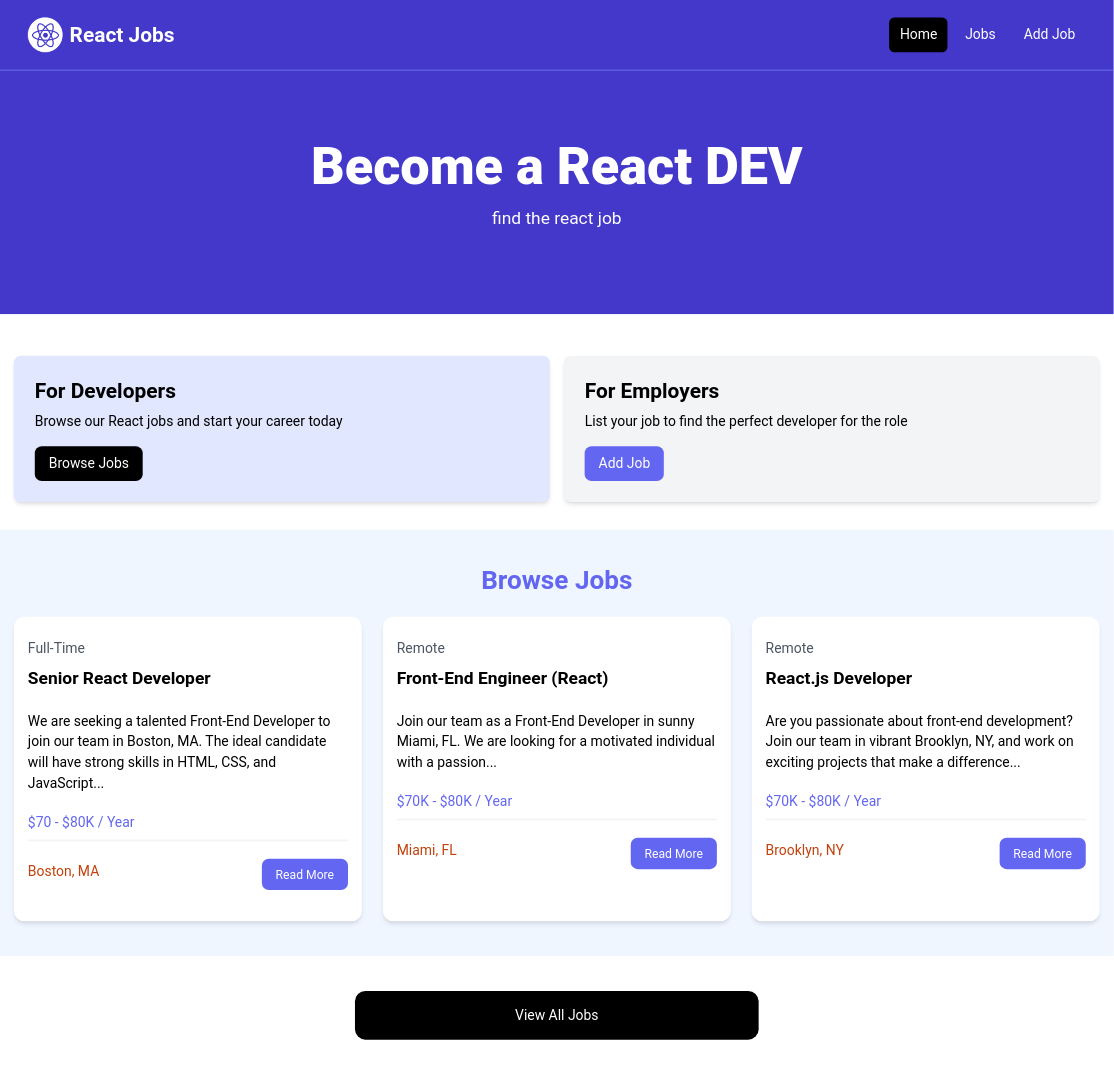
Repository: Geohot-2020/React_setup
Page: / (app in react-crash-2024/)
The author's editor kept a copy of each file at every save. The page is drawn from the files as they stood at one save, then again after a run of saves.
The browser window is 1280 px wide. The pictures show the whole page, at 87% of full size.
The project was rebuilt for these pictures with package versions that can differ from the ones it lists, and the page was loaded fresh each time. Also part of the build but not shown: react-crash-2024/vite.config.js.

Above is the page before, as saved 2024-11-13 16:08:17.

After the next 2 saves:
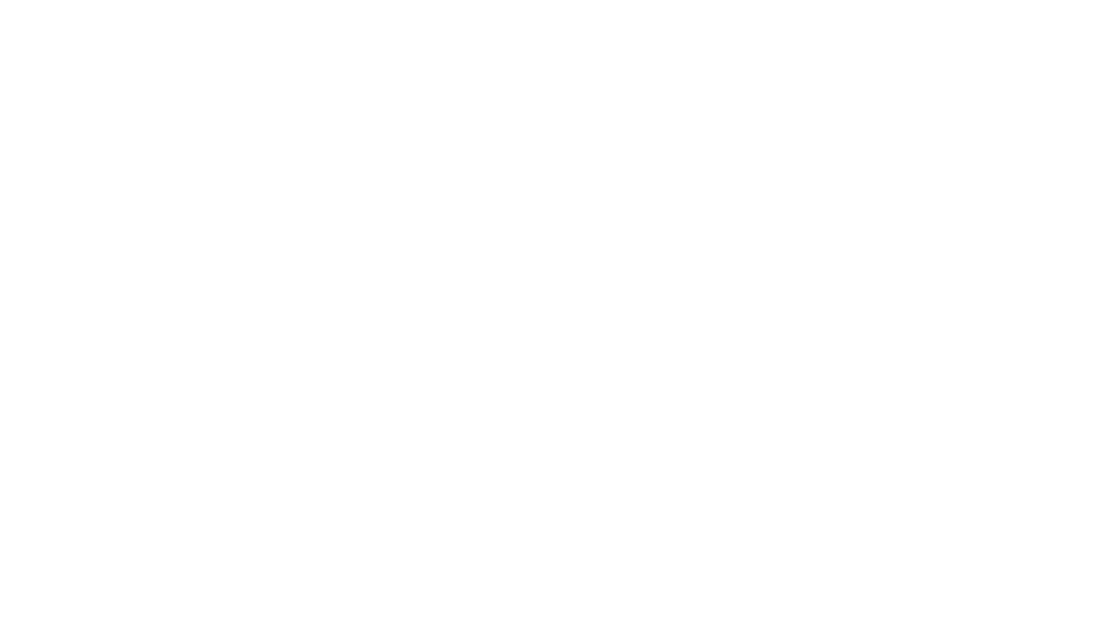
Console error: TypeError: undefined is not a function
The 2 saves are shown as one change because they came seconds apart.
The last was saved 6 s later.
--- a/react-crash-2024/src/components/JobListings.jsx
+++ b/react-crash-2024/src/components/JobListings.jsx
@@ -10,9 +10,7 @@
             Browse Jobs
           </h2>
           <div className="grid grid-cols-1 md:grid-cols-3 gap-6">
-            {
-
-            }
+            {jobs.map()}
             {/* <!-- Job Listing 1 --> */}
             <div className="bg-white rounded-xl shadow-md relative">
               <div className="p-4">

After the 2 saves that followed:
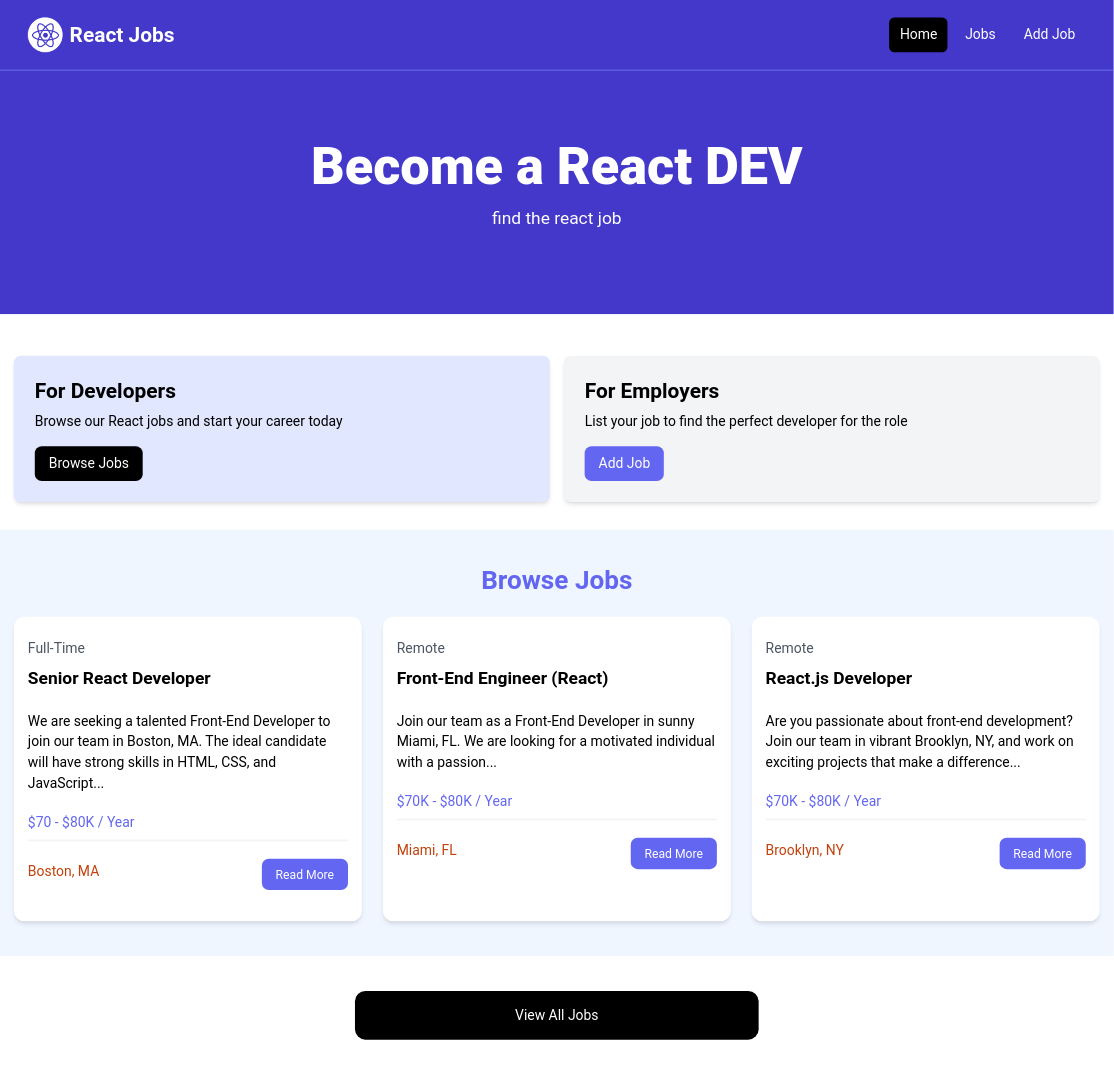
The error is gone.
The 2 saves are shown as one change because they came seconds apart.
The last was saved 8 s later.
--- a/react-crash-2024/src/components/JobListings.jsx
+++ b/react-crash-2024/src/components/JobListings.jsx
@@ -10,7 +10,7 @@
             Browse Jobs
           </h2>
           <div className="grid grid-cols-1 md:grid-cols-3 gap-6">
-            {jobs.map()}
+            {jobs.map(() => {})}
             {/* <!-- Job Listing 1 --> */}
             <div className="bg-white rounded-xl shadow-md relative">
               <div className="p-4">
